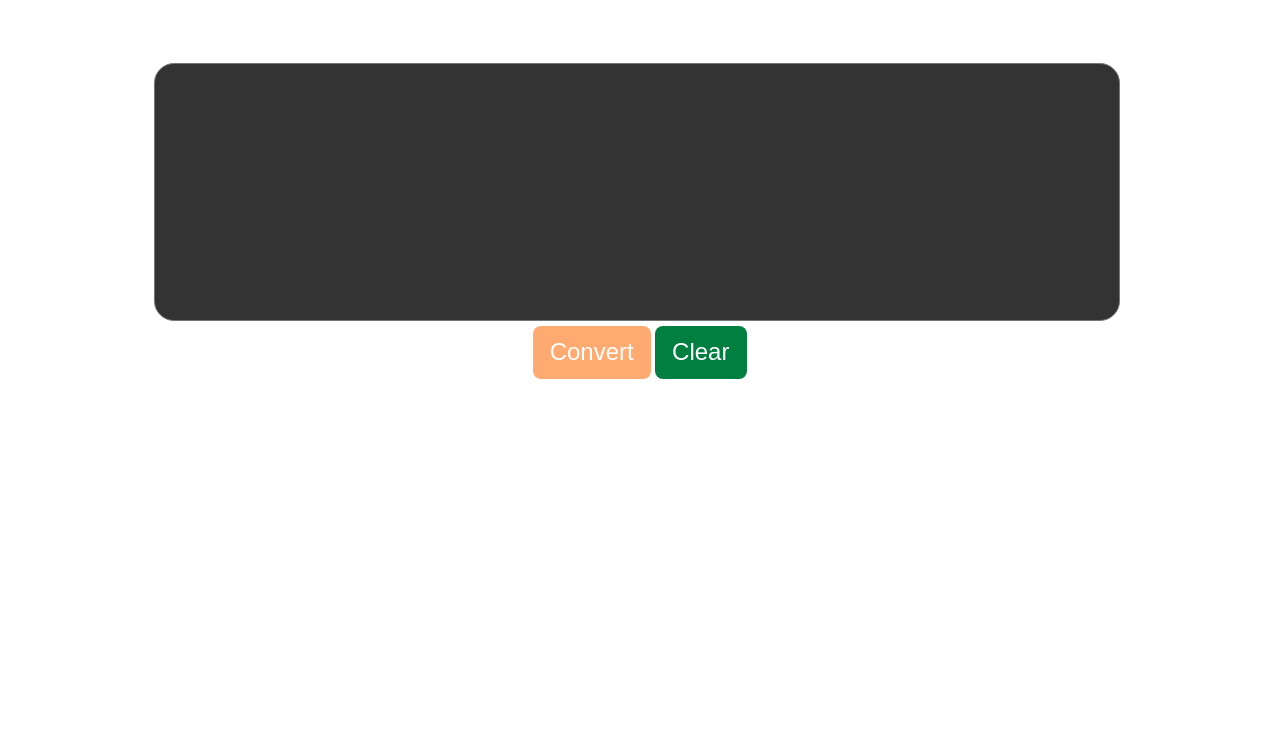
Repository: readwithpic/readwithpic.github.io
Page: platform14.html
The author's editor kept a record of every edit. The page is drawn from the files as they stood at one moment, then again after the next edit.
The browser window is 1280 px wide. The pictures show the whole page.
The pointer rests on the first visible `#clear`.
Some web libraries are served in a nearby version.

Above is the page before.
Console error: TypeError: Cannot read properties of undefined (reading 'length')

After the next edit:
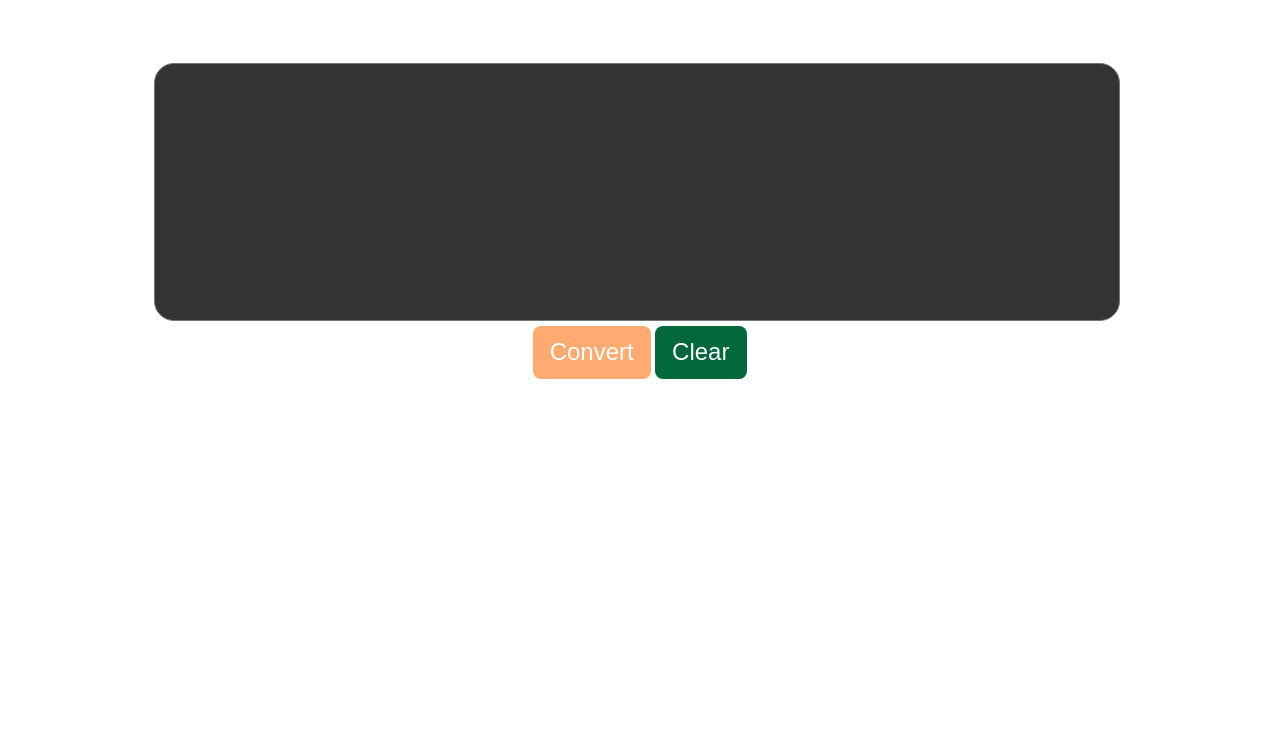
The edit:
--- a/style.css
+++ b/style.css
@@ -117,8 +117,13 @@
    border: none;
    }
 
+ #clear:hover {
+   background-color:  #00683B;
+   }
+
+
 #clear:active {
-   background-color: green;
+   background-color: #00683B;
    }
 
 #roundB{
